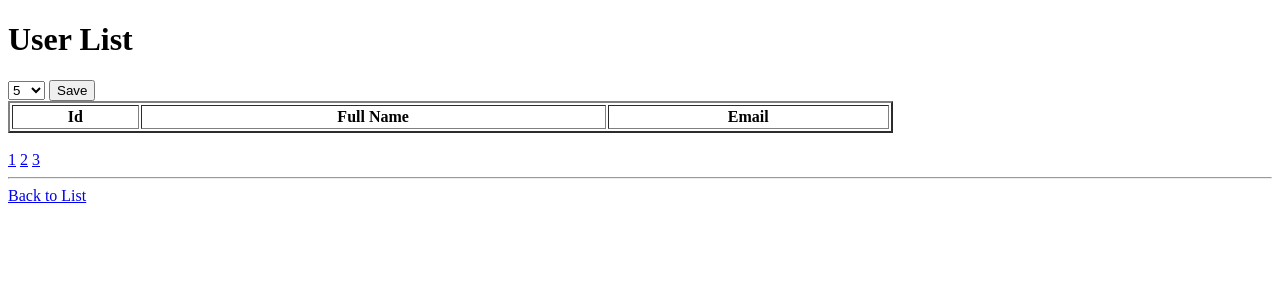
Repository: haitmq97/java-lab
Page: http://localhost/PRJ321x_Project1_haitmqfx22585/WEB-INF/views/view-page.jsp
These files come from the project's save history. The page is drawn as it stood at one moment and after the next save; the edit follows.
The browser window is 1280 px wide. The pictures show the whole page.
The page is served by Tomcat 9. Nobody is signed in. The template is opened directly, without the code that normally fills it, so the values that code supplies are empty.

Above is the page before, as saved 2024-01-11 18:48:15.

After the next save:
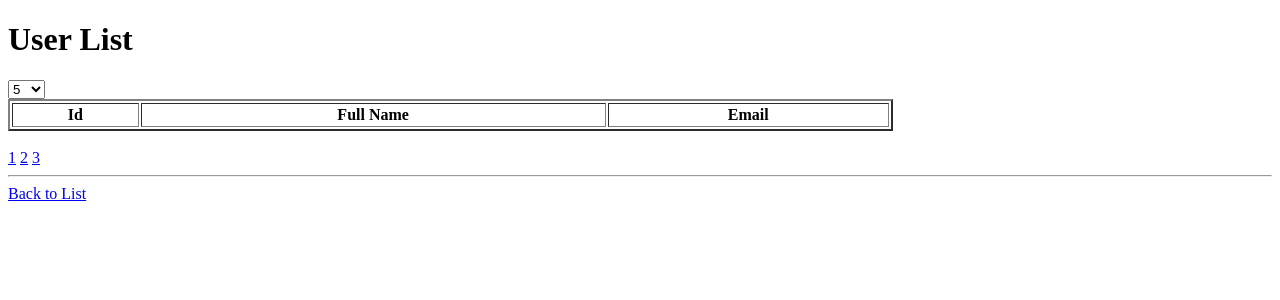
Saved 11 s later.
--- a/PRJ321x_Project1_haitmqfx22585/WebContent/WEB-INF/views/view-page.jsp
+++ b/PRJ321x_Project1_haitmqfx22585/WebContent/WEB-INF/views/view-page.jsp
@@ -13,7 +13,7 @@
 			<option value="20">20</option>
 			<option value="all">all</option>
 		</select>
-
+		<input hidden id="curent"
 		<input type="submit" value="Save"
 			class="btn btn-info mt-4 col-2 d-block mx-auto" />
 	</form:form>
